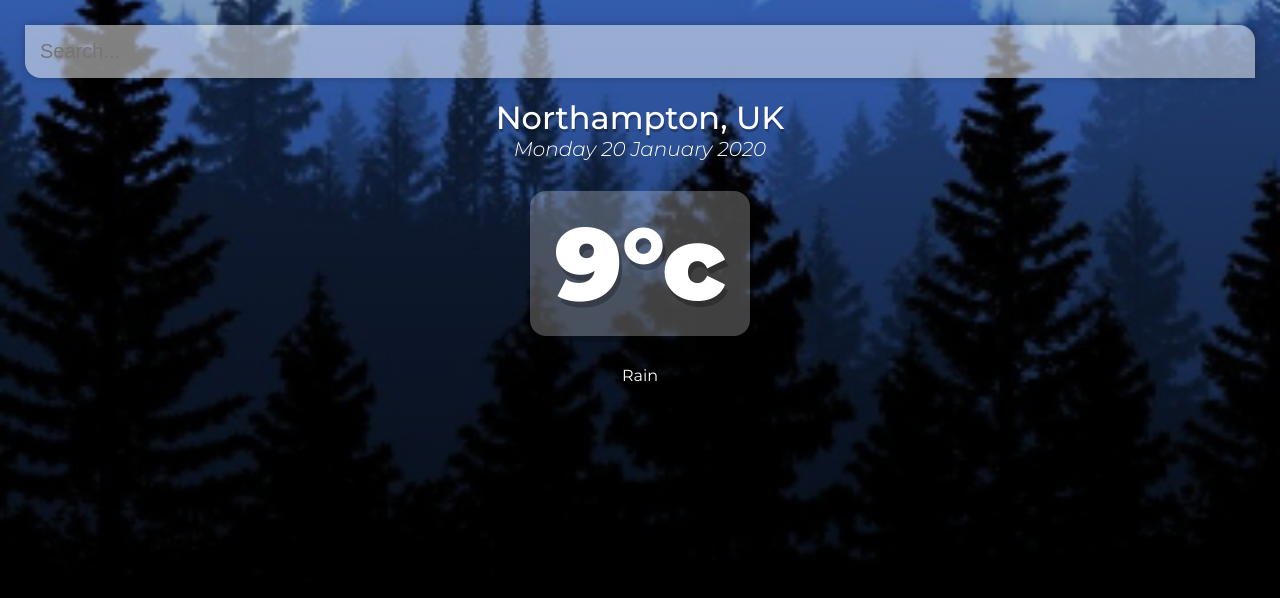
Repository: AbApin/vue-simple-weather-app
Page: /
An editor plug-in stored every save of this project. The page is shown before and after the next save, followed by the edit.
The browser window is 1280 px wide. The pictures show the whole page.
The project was rebuilt for these pictures with package versions that can differ from the ones it lists, and the page was loaded fresh each time. Also part of the build but not shown: vue.config.js.

Above is the page before, as saved 2022-11-24 12:24:10.

### public/index.html
<!DOCTYPE html>
<html lang="">
  <head>
    <meta charset="utf-8">
    <meta http-equiv="X-UA-Compatible" content="IE=edge">
    <meta name="viewport" content="width=device-width,initial-scale=1.0">
    <link rel="icon" href="<%= BASE_URL %>favicon.ico">
    <title><%= htmlWebpackPlugin.options.title %></title>
    <link href="https://fonts.googleapis.com/css?family=Montserrat:100,200,300,regular,500,600,700,800,900,100italic,200italic,300italic,italic,500italic,600italic,700italic,800italic,900italic" rel="stylesheet" />
  </head>
  <body>
    <noscript>
      <strong>We're sorry but <%= htmlWebpackPlugin.options.title %> doesn't work properly without JavaScript enabled. Please enable it to continue.</strong>
    </noscript>
    <div id="app"></div>
    <!-- built files will be auto injected -->
  </body>
</html>

### src/App.vue
<template>
  <div id="app">
    <main>
      <div class="search-box">
        <input type="text" class="search-bar" placeholder="Search..." />
      </div>

      <div class="weather-wrap">
        <div class="location-box">
          <h3 class="location">Northampton, UK</h3>
          <p class="date">Monday 20 January 2020</p>
        </div>
      </div>

      <div class="weather-box">
        <p class="temp">9°c</p>
        <p class="weather">Rain</p>
      </div>
    </main>
  </div>
</template>

<script>
export default {
  name: 'App',
};
</script>

<style>
* {
  margin: 0;
  padding: 0;
  box-sizing: border-box;
}
body {
  font-family: 'Montserrat', sans-serif;
}
#app {
  background-image: url('./assets/cold-bg.jpg');
  background-size: cover;
  background-position: bottom;
  transition: 0.4s;
}
main {
  min-height: 100vh;
  padding: 25px;
  background: linear-gradient(to bottom, rgba(0, 0, 0, 0.25), rgba(0, 0, 0, 0.75));
}
.search-box .search-bar {
  display: block;
  width: 100%;
  padding: 15px;
  color: #313131;
  font-size: 20px;
  border: none;
  outline: none;
  appearance: none;
  background: none;
  box-shadow: 0 0 8px rgba(0, 0, 0, 0.25);
  background-color: rgba(255, 255, 255, 0.5);
  border-radius: 0 16px 0 16px;
}
.search-box .search-bar:focus {
  box-shadow: 0 0 16px rgba(0, 0, 0, 0.25);
  background-color: rgba(255, 255, 255, 0.75);
  border-radius: 16px 0 16px 0;
}

.location-box .location {
  color: #fff;
  font-size: 32px;
  font-weight: 500;
  text-align: center;
  text-shadow: 1px 3px rgba(0, 0, 0, 0.25);
}
.location-box .date {
  color: #fff;
  font-size: 20px;
  font-weight: 300;
  font-style: italic;
  text-align: center;
}
.weather-wrap {
  margin-top: 20px;
}
.weather-box {
  text-align: center;
}
.weather-box .temp {
  display: inline-block;
  padding: 10px 25px;
  color: #fff;
  font-size: 102px;
  font-weight: 900;

  text-shadow: 3px 6px rgba(0, 0, 0, 0.25);
  background-color: rgba(255, 255, 255, 0.25);
  border-radius: 16px;
  margin: 30px 0;

  box-shadow: 3px 6px rgba(0, 0, 0, 0.25);
}
.weather-box .weather{
  color: #fff;
  font-size: ;
}
</style>

Loaded but not shown: src/main.js (common file)

After the next save:
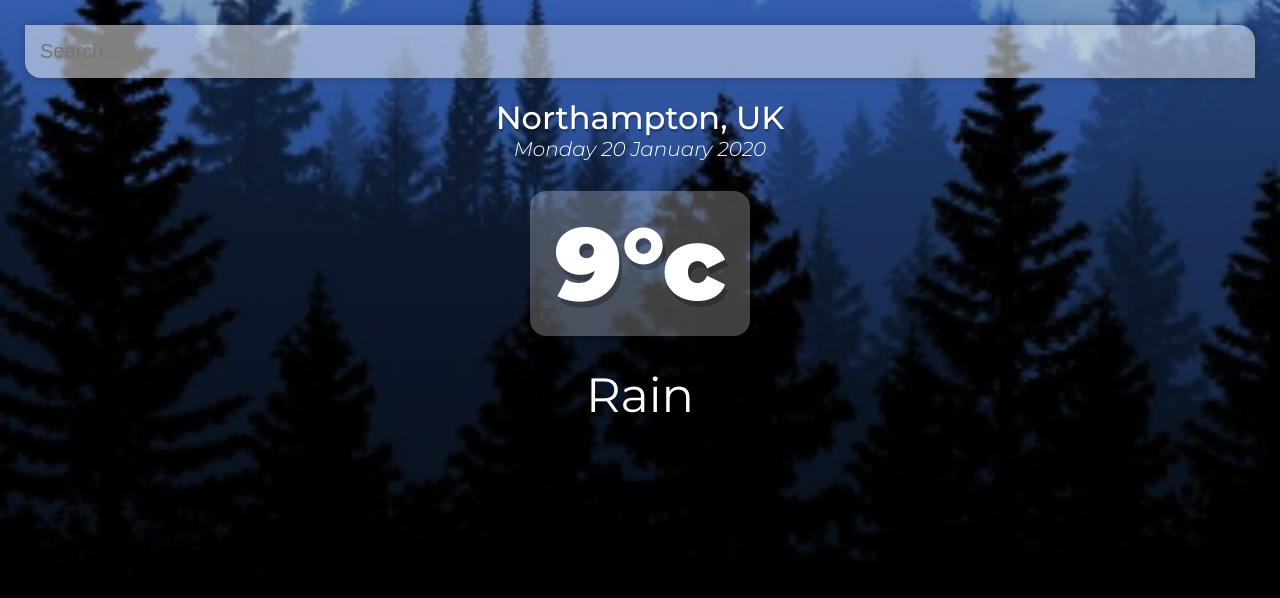
Saved 6 s later.
--- a/src/App.vue
+++ b/src/App.vue
@@ -102,6 +102,7 @@ main {
 }
 .weather-box .weather{
   color: #fff;
-  font-size: ;
+  font-size: 48px;
+  fw
 }
 </style>
